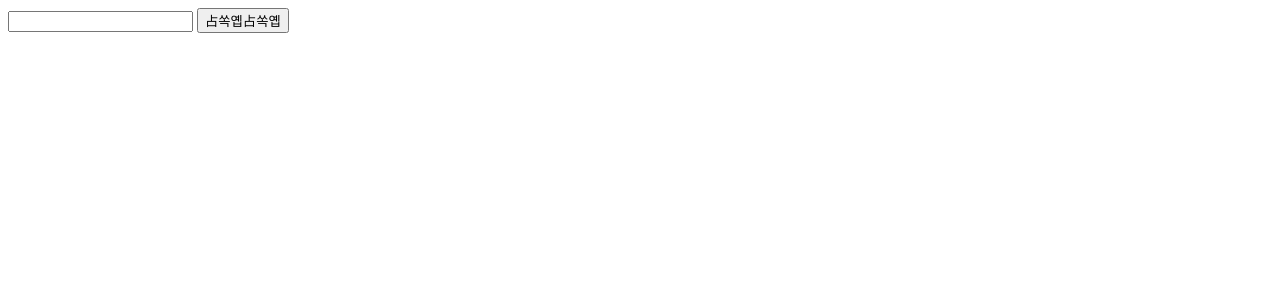
Repository: hayoung9000/jsp_hanja
Page: http://localhost/encoding/add.jsp
The author's editor kept a copy of each file at every save. The page is drawn from the files as they stood at one save, then again after the next save.
The browser window is 1280 px wide. The pictures show the whole page.
The page is served by Tomcat 9.

Above is the page before, as saved 2018-05-29 04:31:10.

After the next save:
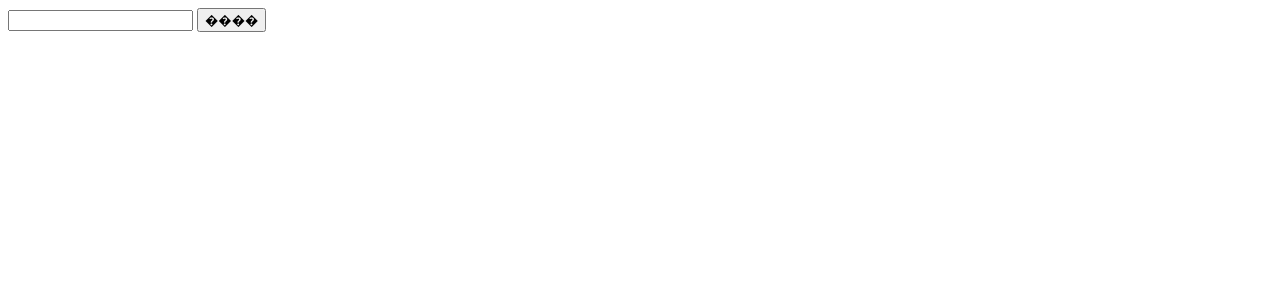
Saved 8 s later.
--- a/encoding/WebContent/add.jsp
+++ b/encoding/WebContent/add.jsp
@@ -1,5 +1,5 @@
 <%@ page language="java" contentType="text/html; charset=UTF-8"
-    pageEncoding="EUC-KR"%>
+    pageEncoding="UTF-8"%>
 <!DOCTYPE html PUBLIC "-//W3C//DTD HTML 4.01 Transitional//EN" "http://www.w3.org/TR/html4/loose.dtd">
 <html>
 <head>
